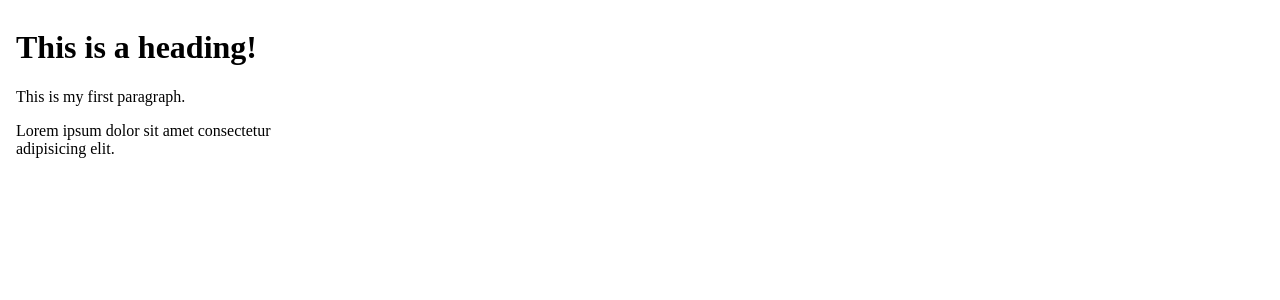
Repository: MizuS94/Curs-HTML---CSS
Page: Heading, paragraphs, links/7. Iframes.html
An editor plug-in stored every save of this project. The page is shown before and after the next save, followed by the edit.
The browser window is 1280 px wide. The pictures show the whole page.

Above is the page before, as saved 2024-03-07 14:06:51.

After the next save:
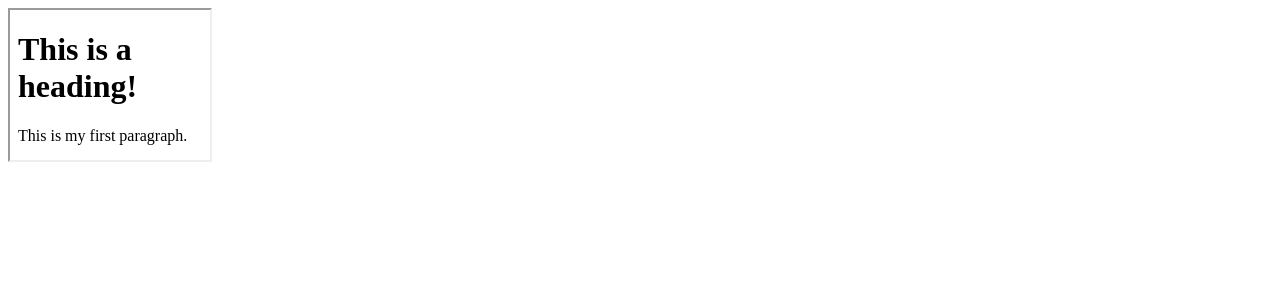
Saved 43 s later.
--- a/Heading, paragraphs, links/7. Iframes.html
+++ b/Heading, paragraphs, links/7. Iframes.html
@@ -6,7 +6,7 @@
     <title>iframes</title>
 </head>
 <body>
-    <iframe src="3.Paragraphs.html" frameborder="0"></iframe>
+    <iframe src="3.Paragraphs.html" frameborder="1" width="200px" height="150px"></iframe>
 
 </body>
 </html>
